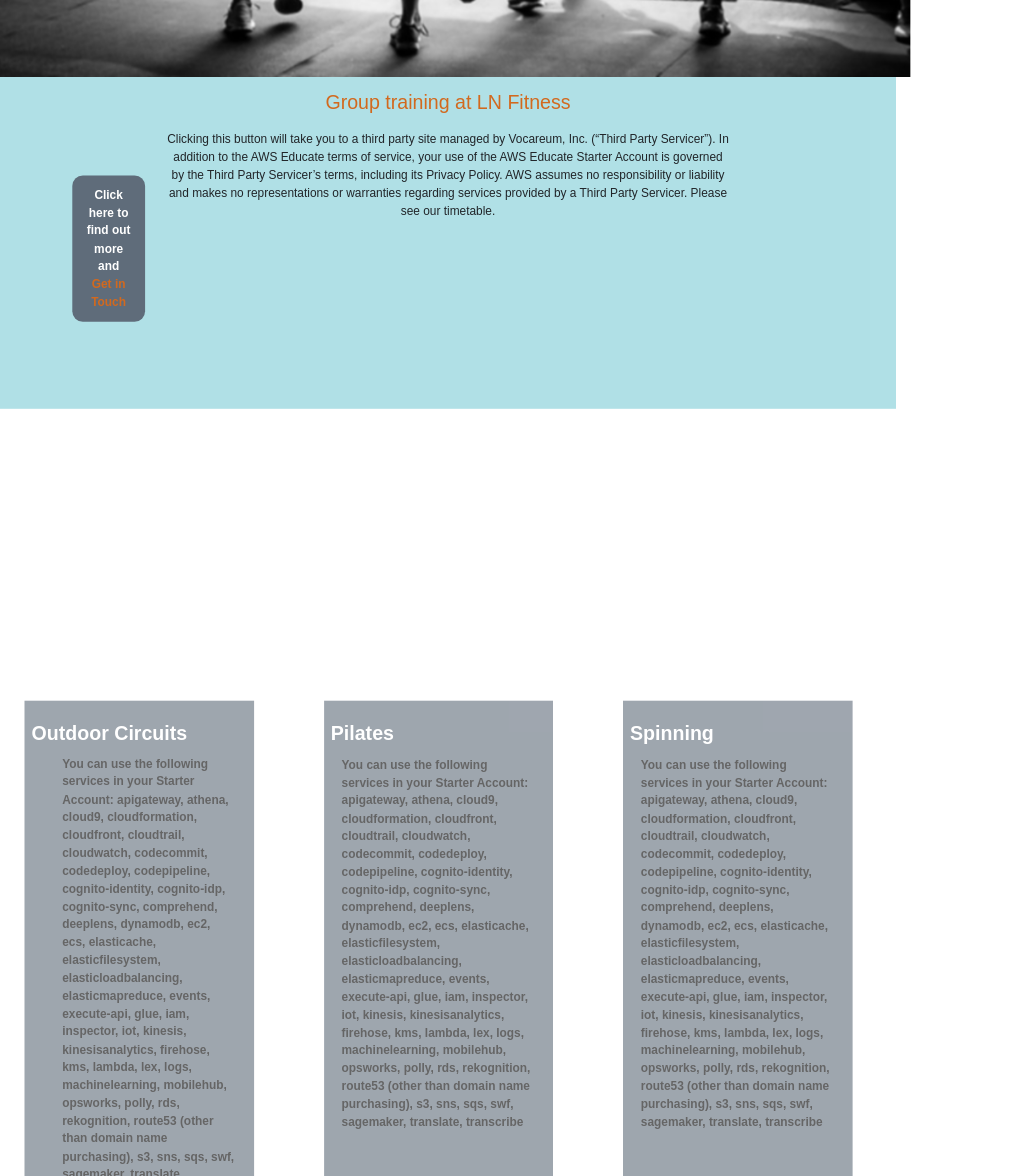
Repository: murphya14/Fitness-webpage
Page: group-training.html
The author's editor kept a record of every edit. The page is drawn from the files as they stood at one moment, then again after the next edit.
The browser window is 1280 px wide. The page is 1453 px wide, so the pictures cover 1453 px, including what lies to the right of the window. The pictures show the part of the page from y = 770 to 2450 px (the page is 2812 px tall before and 2685 px after), at 70% of full size.
Pictures or frames that could not be fetched are drawn as grey boxes. Some web libraries are served in a nearby version.

Above is the page before.

### group-training.html
<!DOCTYPE html>
<html lang="en">

<head>
  <meta charset="UTF-8">
  <meta name="viewport" content="width=device-width, initial-scale=1.0">
  <meta http-equiv="X-UA-Compatible" content="ie=edge">
    <link rel="stylesheet" href="https://stackpath.bootstrapcdn.com/bootstrap/4.3.1/css/bootstrap.min.css" <link rel="stylesheet" href="https://stackpath.bootstrapcdn.com/font-awesome/4.7.0/css/font-awesome.min.css" type="text/css" />
 <script src="https://code.jquery.com/jquery-3.2.1.slim.min.js" integrity="sha384-KJ3o2DKtIkvYIK3UENzmM7KCkRr/rE9/Qpg6aAZGJwFDMVNA/GpGFF93hXpG5KkN" crossorigin="anonymous"></script>
  <link rel="stylesheet" href="assets/css/style.css" />
  <link rel="shortcut icon" type="image/x-icon" href="assets/favicon.ico">
  <link rel="stylesheet" href="https://cdnjs.cloudflare.com/ajax/libs/font-awesome/4.7.0/css/font-awesome.min.css">
  <link rel="stylesheet" type="text/css" href="//fonts.googleapis.com/css?family=Dancing+Script" />
  <title>Home</title>
</head>

<body>



  <header>
    <!-- Logo and Nav bar-->
    <!-- Used help from Stack overflow: https://stackoverflow.com/questions/23949804/how-to-change-link-color-bootstrap-->


    <nav class=" container-fliud navbar navbar-expand-lg navbar-custom  fixed-top navbar-light topnav">
      <div><a class="logo " href="index.html">
          <img src="assets/images/logo.png" alt="logo">
        </a></div>


      <div>
        <div>
          <ul class="nav justify-content-center container-fluid">

            <li class="nav-item">
              <a class="nav-link" href="index.html">Home</a>
            </li>
            <li class="nav-item ">
              <a class="nav-link" href="about.html">About</a>
            </li>
            <li class="nav-item  ">
              <a class="nav-link" href="personal-training.html">Personal Training</a>
              <li class="nav-item ">
                <a class="nav-link" id="active" href="group-training.html">Group Training</a>
              </li>
             <li class="nav-item ">
                <a class="nav-link" href="get-in-touch.html">Get in Touch</a>
              </li>
          </ul>

        </div>
        <!-- Select menu for Nav bar for smaller devices-->

        <select id="select">
    <option value="index.html" >Home</div>
    <option value="about.html" >About</option>
    <option value="personal-training.html">Personal Training</option>
    <option value="group-training" selected="selected">Group Training</option>
    <option value="get-in-touch">Get in Touch</option>
  </select>

        <!-- Social links-->

        <div class="row no-gutters">
          <div class="col">

            <div class="nav-link">

              <ul class="list-inline social-links">
                <li class="list-inline-item">
                  <a target="_blank" href="#">
                            <i class="fa fa-facebook" aria-hidden="true"></i>
                            <span class="sr-only">Facebook</span>
                        </a>
                </li>
                <li class="list-inline-item">
                  <a target="_blank" href="#">
                            <i class="fa fa-twitter" aria-hidden="true"></i>
                            <span class="sr-only">Twitter</span>
                        </a>
                </li>


                <li class="list-inline-item">
                  <a target="_blank" href="#">
                            <i class="fa fa-instagram" aria-hidden="true"></i>
                            <span class="sr-only">Instagram</span>
                        </a>
                </li>

              </ul>
            </div>
          </div>
        </div>

    </nav>


  </header>

  <!-- Container for main image -->

  <div class="container-fluid">
    <section class="section">



      <div class="row main-image">

        <div class="col-md-12 col-sm-3 image-about">
          <img src="assets/images/group.jpg" alt="Group Fitness">

          <h2 class="image-text">LN Fitness</h2>
        </div>
      </div>
  </div>
</div>
  <!-- Content for section -->

  <div class="container-fluid section">
    <div class="row">
      <div class="col-md-12 col-sm-12">
        <h3 class="section-heading">Group training at LN Fitness</h3>
        <p class="col-md-8 section-p-about">Clicking this button will take you to a third party site managed by Vocareum, Inc. (“Third Party Servicer”). In addition to the AWS Educate terms of service, your use of the AWS Educate Starter Account is governed by the Third Party Servicer’s
          terms, including its Privacy Policy. AWS assumes no responsibility or liability and makes no representations or warranties regarding services provided by a Third Party Servicer.</a>
          Please see our timetable.</p>
          </div>


            <div class="row">
    <div class="col-md-4 free-link"><a class="section-link" id="click-here-active" href="get-in-touch.html">Click here to find out more and <p class="highlight">Get in Touch</p></a></div>

</div>
      </div>
      </div>


<div class="row">
  <div class="col-md-12">
      <iframe src="https://player.vimeo.com/video/229291915" width="640" height="360" frameborder="0" allow="autoplay; fullscreen" allowfullscreen></iframe>
       </div>
</div>
    </div>

    <div class="row">


      <div class="transbox col-md-3 col-sm-12">
        <h3 class="box-heading"> Outdoor Circuits</h3>
        <div class="container">
          <p class="col-md-12 col-sm-12">You can use the following services in your Starter Account: apigateway, athena, cloud9, cloudformation, cloudfront, cloudtrail, cloudwatch, codecommit, codedeploy, codepipeline, cognito-identity, cognito-idp, cognito-sync, comprehend, deeplens,
            dynamodb, ec2, ecs, elasticache, elasticfilesystem, elasticloadbalancing, elasticmapreduce, events, execute-api, glue, iam, inspector, iot, kinesis, kinesisanalytics, firehose, kms, lambda, lex, logs, machinelearning, mobilehub, opsworks,
            polly, rds, rekognition, route53 (other than domain name purchasing), s3, sns, sqs, swf, sagemaker, translate, transcribe</p>
        </div>
      </div>





      <div class="transbox col-md-3 col-sm-12">
        <h3 class="box-heading"> Pilates</h3>
        <p>You can use the following services in your Starter Account: apigateway, athena, cloud9, cloudformation, cloudfront, cloudtrail, cloudwatch, codecommit, codedeploy, codepipeline, cognito-identity, cognito-idp, cognito-sync, comprehend, deeplens,
          dynamodb, ec2, ecs, elasticache, elasticfilesystem, elasticloadbalancing, elasticmapreduce, events, execute-api, glue, iam, inspector, iot, kinesis, kinesisanalytics, firehose, kms, lambda, lex, logs, machinelearning, mobilehub, opsworks, polly,
          rds, rekognition, route53 (other than domain name purchasing), s3, sns, sqs, swf, sagemaker, translate, transcribe</p>
      </div>

      <div class="transbox col-md-3 col-sm-12">
        <h3 class="box-heading"> Spinning</h3>
        <p>You can use the following services in your Starter Account: apigateway, athena, cloud9, cloudformation, cloudfront, cloudtrail, cloudwatch, codecommit, codedeploy, codepipeline, cognito-identity, cognito-idp, cognito-sync, comprehend, deeplens,
          dynamodb, ec2, ecs, elasticache, elasticfilesystem, elasticloadbalancing, elasticmapreduce, events, execute-api, glue, iam, inspector, iot, kinesis, kinesisanalytics, firehose, kms, lambda, lex, logs, machinelearning, mobilehub, opsworks, polly,
          rds, rekognition, route53 (other than domain name purchasing), s3, sns, sqs, swf, sagemaker, translate, transcribe</p>
      </div>


    </div>
   <div class="row">
    <div class="col-md-4 free-link"><a class="section-link" id="click-here-active" href="get-in-touch.html">Click here to find out more and <p class="highlight">Get in Touch</p></a></div>

</div>
  </div>




  </div>
  </div>
  </section>
  </div>




  <!-- footer-->

  <footer id="footer" class="container-fluid py-4 bg-dark text-white-50">
    <div class="row">

      <div class="col-sm-4 text-footer">
        <small>2019 Copyright &copy; AM</small></div>

      <div class="col-sm-4 "><a id="button"></a></div>


      <div class="col-sm-4">

        <!-- footer social media links-->
        <div class="footer-link">
          <h5 class="uppercase general-sub">Connect</h5>
          <ul class="list-inline social-links">
            <li class="list-inline-item">
              <a target="_blank" href="#">
                            <i class="fa fa-facebook" aria-hidden="true"></i>
                            <span class="sr-only">Facebook</span>
                        </a>
            </li>
            <li class="list-inline-item">
              <a target="_blank" href="#">
                            <i class="fa fa-twitter" aria-hidden="true"></i>
                            <span class="sr-only">Twitter</span>
                        </a>
            </li>


            <li class="list-inline-item">
              <a target="_blank" href="#">
                            <i class="fa fa-instagram" aria-hidden="true"></i>
                            <span class="sr-only">Instagram</span>
                        </a>
            </li>

          </ul>
        </div>

      </div>

  </footer>


  <!--------------Back to top button created with help from https://www.templatemonster.com/blog/back-to-top-button-css-jquery/--->
  <script src="https://code.jquery.com/jquery-3.4.1.slim.min.js"></script>
  <script src="https://cdnjs.cloudflare.com/ajax/libs/popper.js/1.15.0/umd/popper.min.js"></script>
  <script src="https://stackpath.bootstrapcdn.com/bootstrap/4.3.1/js/bootstrap.min.js"></script>


  <script>
    jQuery(document).ready(function() {

      var btn = $('#button');

      $(window).scroll(function() {
        if ($(window).scrollTop() > 300) {
          btn.addClass('show');
        }
        else {
          btn.removeClass('show');
        }
      });

      btn.on('click', function(e) {
        e.preventDefault();
        $('html, body').animate({ scrollTop: 0 }, '300');
      });

    });
  </script>




</body>

</html>

### assets/css/style.css
/*----------------------------------------------- Colours*/

.nav-link {
    color: #00ccff;
}

#active {
    color: #5F6C7A;
}

.navbar {
    background:#f7ce3e ;

}


li a:hover {
    color: #f7ce3e;
}

/*--------------------------------------------- General*/

body {font-size: 17px;
    font-family: "arial", sans-serif;
    margin: 0; padding: 0; overflow-x:hidden;
}

.center {
  display: block;
  margin-left: auto;
  margin-right: auto;
  width: 50%;
}


.inline-block {
    display: inline-block;
}







.highlight {color:#D2691E;
    padding:0;
    margin:0;
}








/*--------------------------------------------- Nav bar*/

nav ul {

    display: block;
    font-size: 23px;
    font-weight: 700;




}

    .nav-item {
        margin-left: 40px;
    }

.logo {
    position: static;
    background: url("../images/rosie.jpg");
    background-position: center;
    background-repeat: no-repeat;
    margin-right:40px;
    padding-top: 10px;
    padding-left: 10px;
    min-height: 100px;
    transition: all .5s ease-in-out;
    -moz-transition: all .5s ease-in-out;
    -webkit-transition: all .5s ease-in-out;
    height: 10%;
    width: 25%;
}

.header {
    position: fixed;
    top: 0;
    left: 0;
    right: 0;
    background-color: #e84610;
    padding: 15px 25px;

}

nav select {
    display: none;
    background-color: #77C9D4;
    color: white;
    border: 1px solid #778899;
   position: relative;
   cursor: pointer;
   top: 100%;
  left: 0;
  right: 0;
  z-index: 99;

}

#select {color: #f7ce3e;
    background-color: #5F6C7A;
}


.nav-link
{color: #0A1612;
text-align: center;
padding: 8px;
    margin-right: 0;
    display: block;

    font-size:33;
    font-weight: 500;
    padding-left: 5px;
      transition: all 0.35s ease-in-out;
    -moz-transition: all 0.35s ease-in-out;
    -webkit-transition: all 0.35s ease-in-out;
    -o-transition: all 0.35s ease-in-out;
    max-width:100%;

}
/*-------------------------Social links*/
nav a {color:#5F6C7A;}

nav a:hover {
    color: white;
}

/*-------------------------------------------Section*/

/*-------------------------Section Image*/

.main-image {max-width:100%;
    height:100%;
    padding-left:0;
    padding-right:0;
    position: relative;
    transform: translate(-5%, +10%);
    margin: 0;

 }

.image-text {
   position: absolute;
   top: 250px;
   left: 70%;
   width: 100%;
   color:#13BA61;
   font-family: "Dancing Script";
   font-size: 48px;
   font-variant: normal;
   font-weight: 700;
   line-height: 26.4px;
   text-shadow: 2px 2px 2px #000;
    transform: translate(-50%, -50%);
 }


/*------------------Index.html*/
 .section {background-color:#B0E0E6;
  text-align: center;


     max-width:100%;
 }

.section-heading {color: #D2691E;
            text-align: center;
            margin-top:100px;
}

.section-p {padding:12px;
margin:10px;
    padding-bottom: 50px;
;


}

.section-p-about {padding:15px;
    text-align: center;
     width:75%;
}



.free-link {text-align: center;
    font-weight: 700;
    background-color: #5F6C7A;
    font:white;
    padding:15px;
    margin:15px;
    border-radius:15px;

  bottom: 5px;
  right: 30px;
  transition: background-color .3s;
  z-index: 1000;
  position: relative;
   left: 50%;

     transform: translate(-50%,-50%);


}

.section-link {color:white;
 width:120px;


}


.section a:hover {color:#f7ce3e;
text-decoration:none;

}

/*------------------About.html*/


/* With help from https://www.w3schools.com/css/tryit.asp?filename=trycss_transparency*/

div.transbox {
  margin: 50px;

  background-color: #5F6C7A;
  border: none;
  opacity: 0.6;
  filter: alpha(opacity=60);
  padding: 10px;
}

div.transbox p {
  margin: 5%;
  font-weight: bold;
  color: #000000;
}

.box-heading {font-weight:700;
color:white;}


/*------------------personal-training.html*/

.col-md-10 {transform: translate(+5%,0);}

.transbox-testimony {height:400px;
    transform: translate(+8%,0);
}

.testimony {transform: translate(+12%, +12%);}

/*------------------group-trainig.html*/

iframe {transform: translate(+50%, 0%);}

.timetable-link {
transform: translate(-50%,+40%);
    width: 25%;
}

/*------------------get-in-touch.html*/


  .row {
  display: flex;
}

.column {
  flex: 50%;
}

.main-image-contact {transform: translate(-5%,0%);}

.box-heading {padding-top:20px;}

.btn {

  color: black;
  font-weight:700;
  padding: 15px 20px;
  border: none;
  cursor: pointer;
  background-color:#f7ce3e;
 width:50%;
}

.btn:hover {
  opacity: 1;
  background-color:#B0E0E6 ;
}

.center-form {opacity:1;
   }




/*--------------------------------------------- footer*/

#button {
  text-align: center;
  display: inline-block;
  background-color: #f7ce3e;
  width: 50px;

  border-radius: 4px;
  bottom: 10px;
  right: 30px;
  transition: background-color .3s;
  z-index: 1000;
  position: relative;
   left: 50%;

     transform: translate(-50%,-50%);


}


#button:hover {
  cursor: pointer;
  background-color: #333;
}
#button:active {
  background-color: #555;
}

#button::after {
  content: "\f077";
  font-family: FontAwesome;
  font-weight: normal;
  font-style: normal;
  font-size: 2em;
  line-height: 50px;
  color: #fff;
}

.footer-link
{color: white;
text-align: right;

    float: none;
    padding-bottom: 10px;
    padding-right: 30px;
    padding-top:10px;
    font-size:33;
    font-weight: 500;
    padding-left: 5px;
      transition: all 0.35s ease-in-out;
    -moz-transition: all 0.35s ease-in-out;
    -webkit-transition: all 0.35s ease-in-out;
    -o-transition: all 0.35s ease-in-out;

}

footer a {color:white;}

 footer  a:hover {
    color: #f7ce3e;
}

.text-footer {float: left;
padding-bottom: 5px;
text-align: left;

}

#footer { min-height: 120px;

    margin: 0;
    padding: 15px;
    max-width:100%;}



/*------------- Responsive design*/

/* Extra small devices (phones, 600px and down) */


@media only screen and (max-width: 600px) {

/*------------------------------------- Changing the menu to a select bar for smaller screens*/
  .topnav {display: none;
    }
    nav select {
        display: inline-block;
        width: 55%;
        height: 25%;
          border-radius: 4px;
        position: left;
    }
    .nav-item {
        display: none;
    }
    .logo {
        position: right;
        height: 80%;
    }
     .column {
    width: 100%;
  }
}






/* Small devices (portrait tablets and large phones, 600px and up) */

@media only screen and (min-width: 600px) {}

/* Medium devices (landscape tablets, 768px and up) */

@media only screen and (min-width: 768px) {
.section-p-about {  transform: translate(25%, 0);}
}

/* Large devices (laptops/desktops, 992px and up) */

@media only screen and (min-width: 992px) {
    ...
}

/* Extra large devices (large laptops and desktops, 1200px and up) */

@media only screen and (min-width: 1200px)
}

After the next edit:
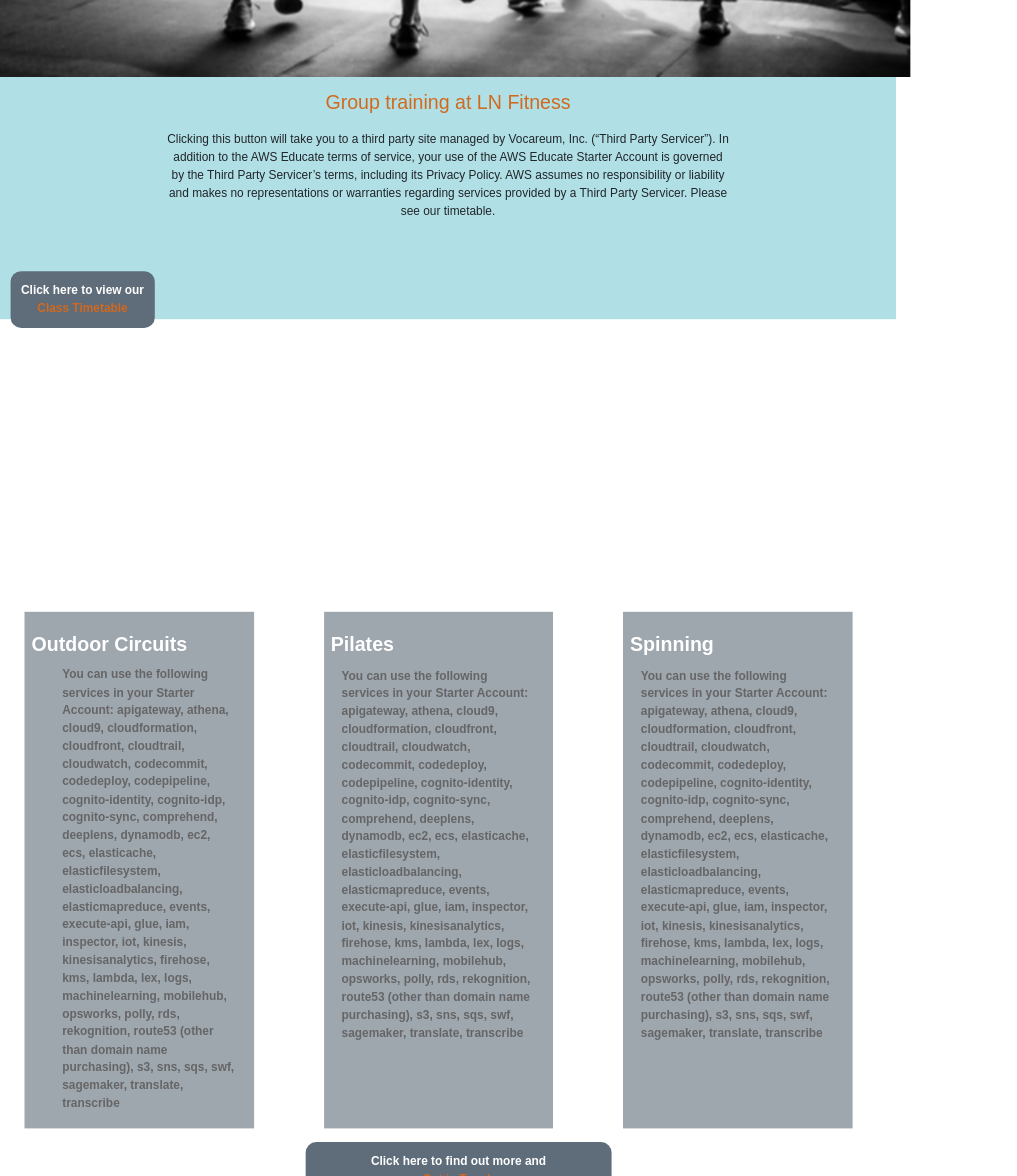
The edit:
--- a/group-training.html
+++ b/group-training.html
@@ -129,7 +129,7 @@
 
 
             <div class="row">
-    <div class="col-md-4 free-link"><a class="section-link" id="click-here-active" href="get-in-touch.html">Click here to find out more and <p class="highlight">Get in Touch</p></a></div>
+    <div class="col free-link timetable-link"><a class="section-link" id="click-here-active" href="timetable.html" target="_blank">Click here to view our <p class="highlight">Class Timetable</p></a></div>
 
 </div>
       </div>
